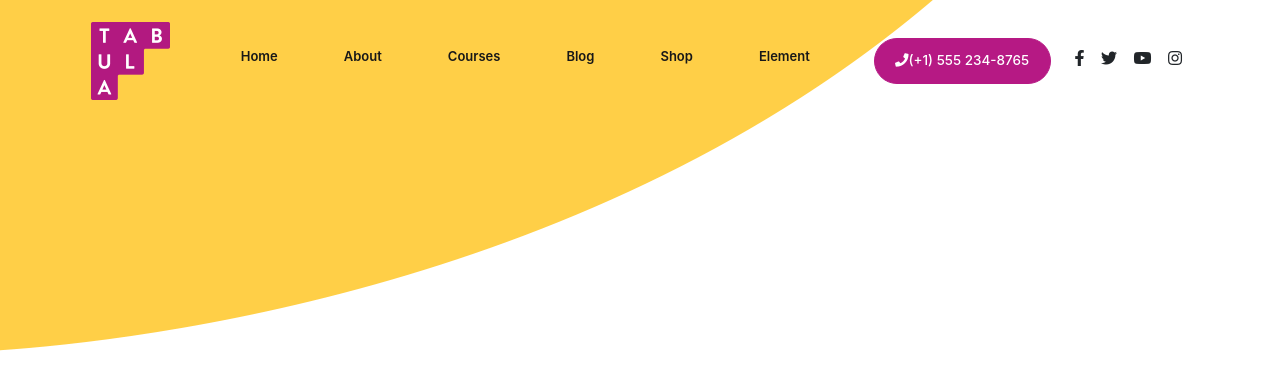
Repository: Khanh1234-glitch/TruongNguyenBaoKhanh_BC22_assignment__tabula
Page: Tabula/index.html
An editor plug-in stored every save of this project. The page is shown before and after a run of saves, followed by the edit.
The browser window is 1280 px wide. The pictures show the whole page.
The style sheet was rebuilt from its Sass, Less or Tailwind sources for each picture, by a compiler version that may differ from the author's.

Above is the page before, as saved 2022-04-16 09:17:26.

After the next 2 saves:
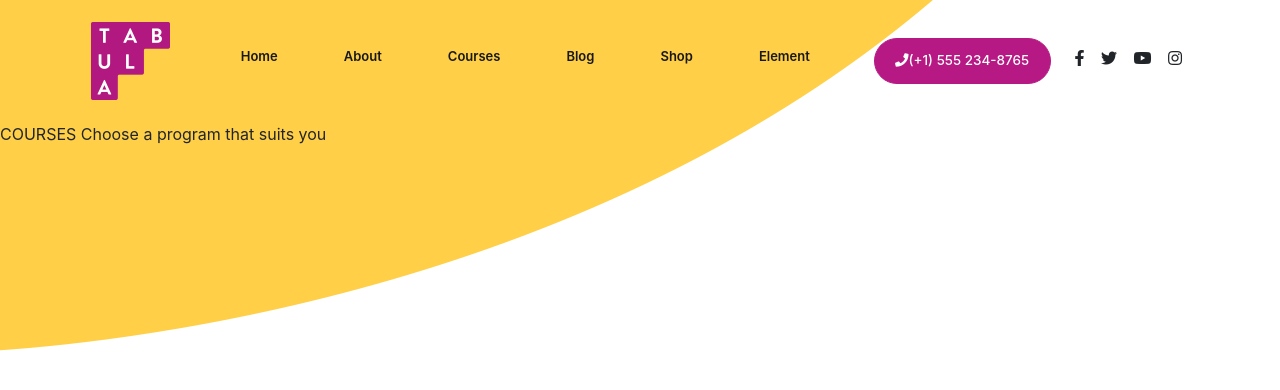
The 2 saves are shown as one change because they came seconds apart.
The last was saved 2 min 1 s later.
--- a/Tabula/index.html
+++ b/Tabula/index.html
@@ -56,6 +56,13 @@
                 </ul>
             </div>
         </nav>
+        <div class="hero-book">
+            <div class="text-left">
+                <span>COURSES</span>
+                <span>Choose a program that suits you</span>
+            </div>
+            <div class="img-right"></div>
+        </div>
     </header>
 
     <!-- Optional JavaScript -->
